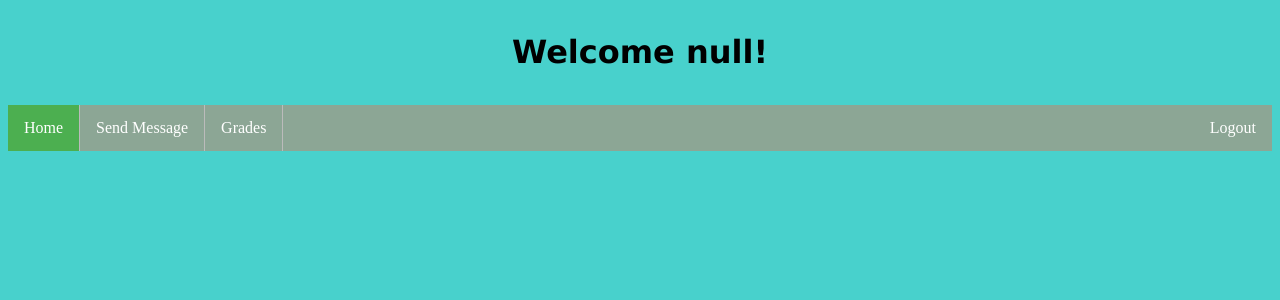
Repository: orsolyanemet/WebProject
Page: http://localhost/Project/userhome.jsp
These files come from the project's save history. The page is drawn as it stood at one moment and after the next save; the edit follows.
The browser window is 1280 px wide. The pictures show the whole page.
The page is served by Tomcat 9. Nobody is signed in. The application's start-up code is not run.

Above is the page before, as saved 2018-06-11 20:11:09.

After the next save:
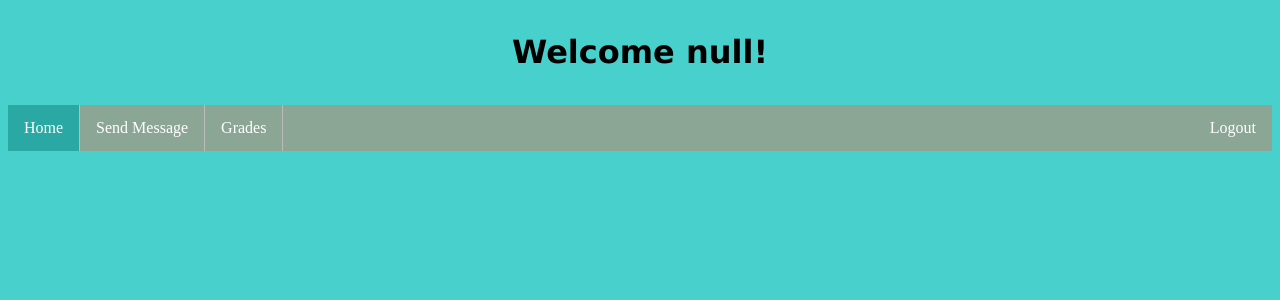
Saved 65 s later.
--- a/Project/WebContent/styles/userhome.css
+++ b/Project/WebContent/styles/userhome.css
@@ -41,7 +41,7 @@ li a:hover:not(.active) {
 }
 
 .active {
-    background-color: #4CAF50;
+    background-color: #2aa8a3;
 }
 .right{
 	float:right;
